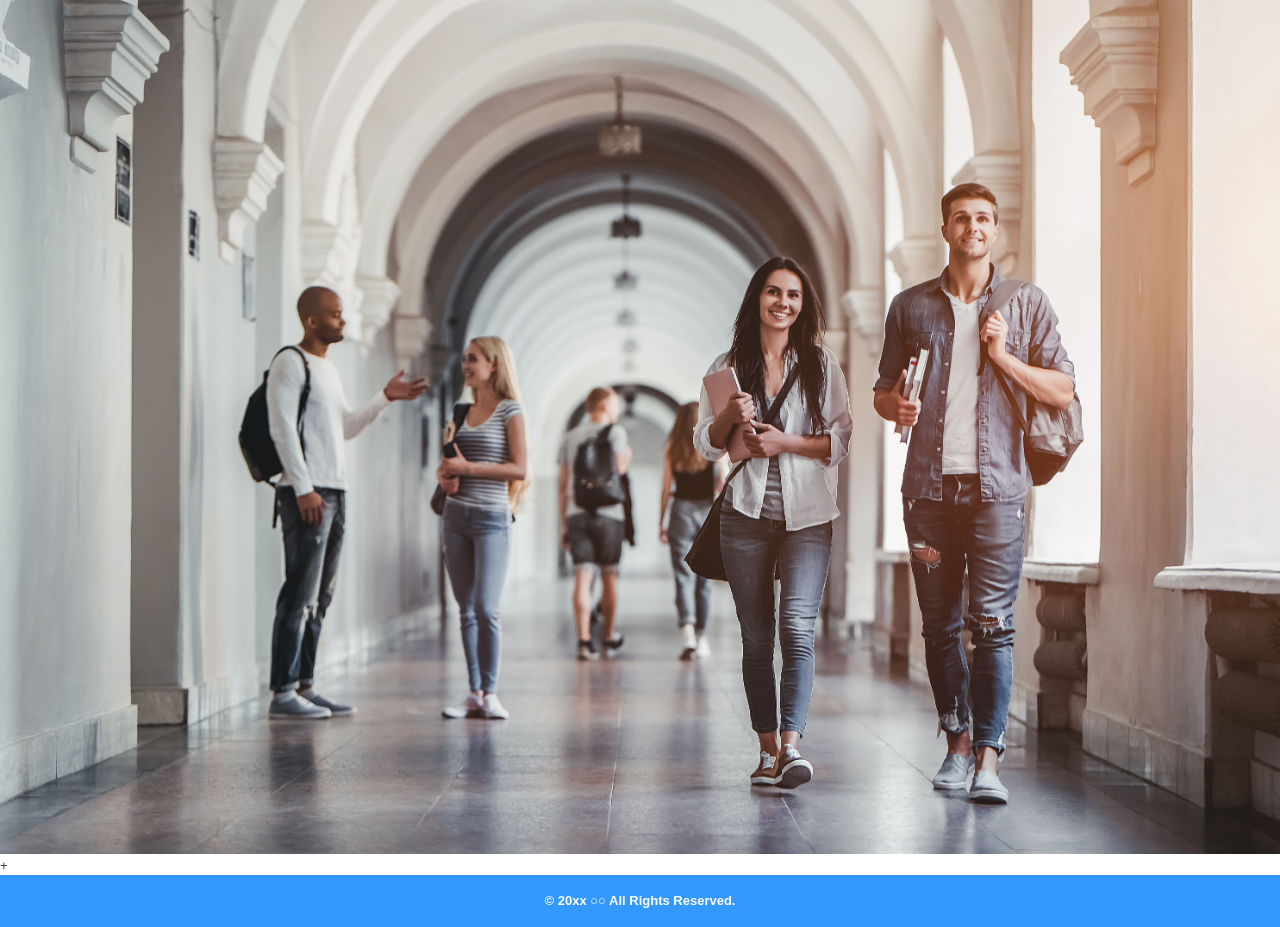
Repository: takunn42/samurai_HTML-CSS
Page: home.html
The author's editor kept a record of every edit. The page is drawn from the files as they stood at one moment, then again after the next edit.
The browser window is 1280 px wide. The pictures show the whole page.

Above is the page before.

### home.html
<!DOCTYPE html>
        <!--質問:このファイルはスタイルシートのファイルとどうやって関連付けされていますか？ -->
        <!--解答:linkタグの中でstylesheet.cssファイルをスタイルシートとして関連付けている。 -->
<html lang="ja">
    <head>
        <meta charset="UTF-8">
        <!--metaタグとは、文書に多くのメタデータを表す。-->
        <!--文字コードとは、文字に割り当てるバイト表現-->
        <title>HTML/CSSの学習</title>
        <!--titleは文章にタイトルを付けるタグです-->
        <link rel="stylesheet" href="stylesheet.css">

    </head>
    <body>
        <div id="header">
            <h1><a href="index.html"><img id="corridor" src="images/corridor.jpg" alt="大学の廊下" /></a></h1>
        </div>
        <div id="wrapper">
            <!--idは要素に対して固有の識別名を付けることができる属性です-->
        </div>
        +        <div id="footer">
            <p>&copy; 20xx ○○ All Rights Reserved.</p>
        </div>
    </body>
</html>

### stylesheet.css
@charset "utf-8";

body {
	margin: 0;
	padding: 0;
	font-family: "ヒラギノ角ゴ Pro W3", "Hiragino Kaku Gothic Pro", "メイリオ", Meiryo, Osaka, "ＭＳ Ｐゴシック", "MS PGothic", sans-serif;
	color: #333;
	font-size: 13px;
	line-height: 150%;
}

/* -------------------- wrapper -------------------- */
#wrapper {
	width: 100%;
	margin: auto;
	padding: 0px;
	border: 0px;
	background-color: #FFF;
	top: 10px;
	position: relative;
}

/* -------------------- header -------------------- */
#header {
	width: 100%;
}
#header h1 {
	margin: 0;
	padding: 0;
}

#corridor {
	width: 100%;
	height: auto;
}

/* -------------------- footer -------------------- */
#footer {
	clear: both;
	width: 100%;
	padding: 3px 0 3px 0;
	background: #39F;
	color: #FFF;
	font-weight: bold;
	text-align: center;
}

/* -------------------- nav -------------------- */
#nav {
	width: 100%;
}
#nav ul {
	margin: 0;
	padding: 0;
	list-style-type: none;
}
#nav ul li {
	float: left;
	width: 20%;
	text-align: center;
}
#nav ul li a {
	display: block;
	height: 20px;
	margin: 0;
	padding: 10px;
	color: #FFF;
	font-size: 20px;
	text-decoration: none;
	background-color: green;
    border-left: 1px solid white;
}

#nav ul li a:hover {
	filter: drop-shadow(10px 10px 10px black);
}

/* -------------------- container -------------------- */
#container {
	width: 100%;
	margin: auto ;
	padding: auto;
	padding-top: 20px;
	clear: both;
}
/* -------------------- main -------------------- */
#main {
	float: left;
	width: 60%;
	padding: 10px 30px 10px 10px;
}
#main h2 {
	margin: 0 0 10px 0;
	padding: 3px 10px 3px 10px;
	color: #FFF;
	font-size: 16px;
	border-left: solid 10px #C00;
	background: #F90 url(../images/main_h2.jpg) right top repeat-y;
}
#main p {
	margin: 0;
	padding: 0;
}
#main .post {
	margin: 0 0 30px 0;
}

#main .post img.right {
	margin: 0 0 0 8px;
}
#main .post img.left {
	margin: 0 8px 0 0;
}

.right {
	float: right;
	width: 40%;
	height: auto;
}
.left {
	float: left;
	width: 40%;
	height: auto;
}

/* -------------------- clearfix -------------------- */
.clearfix {
	zoom: 1;
}
.clearfix:after{
	content: "";
	display: block;
	clear: both;
}

/* -------------------- side -------------------- */
#side {
	float: right;
	width: 30%;
	padding: 20px;
	background-color: #F99;
}
#side .box {
	margin: 0 auto 30px auto;
	padding: 0 0 20px 0;
	background: url(images/side_box.png) bottom no-repeat;
}
#side .box h2 {
	margin: 0;
	padding: 8px;
	text-align: center;
	color: #fff;
	font-size: 16px;
	line-height: 16px;
	font-weight: normal;
	background: url(images/side_box_h2.png) center no-repeat;
}
#side .box .boxBody {
	padding: 8px;
	border-right: solid 1px #C36;
	border-bottom: solid 1px #C36;
	border-left: solid 1px #C36;
	background: #fff;
}
#side .box .boxBody ul {
	margin: 0 0 16px 0;
	padding: 0;
}
#side .box .boxBody ul li {
	padding: 8px 0 8px 4px;
	list-style: none;
	border-bottom: solid 1px #C36;
}

After the next edit:
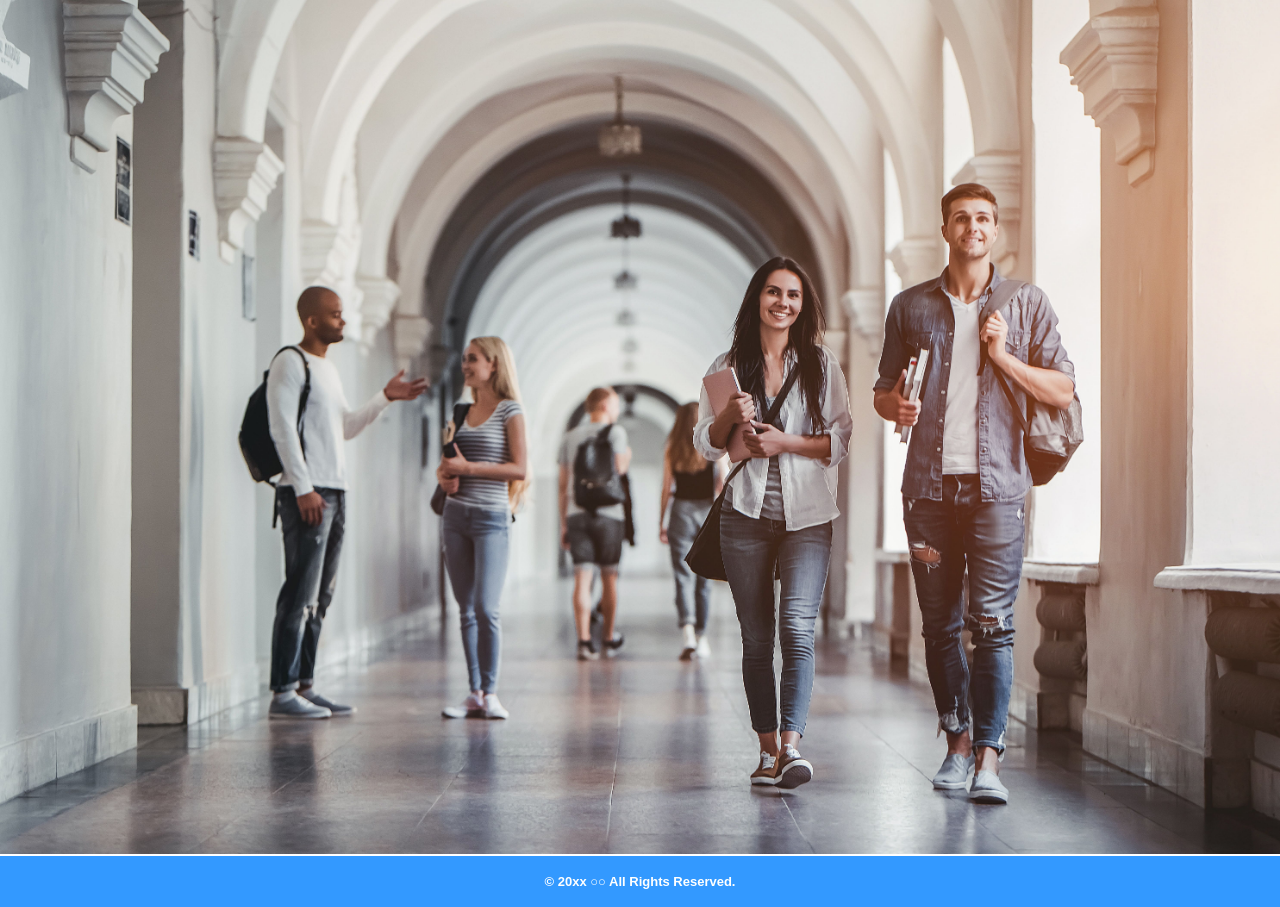
The edit:
--- a/home.html
+++ b/home.html
@@ -18,7 +18,7 @@
         <div id="wrapper">
             <!--idは要素に対して固有の識別名を付けることができる属性です-->
         </div>
-        +        <div id="footer">
+          <div id="footer">
             <p>&copy; 20xx ○○ All Rights Reserved.</p>
         </div>
     </body>
